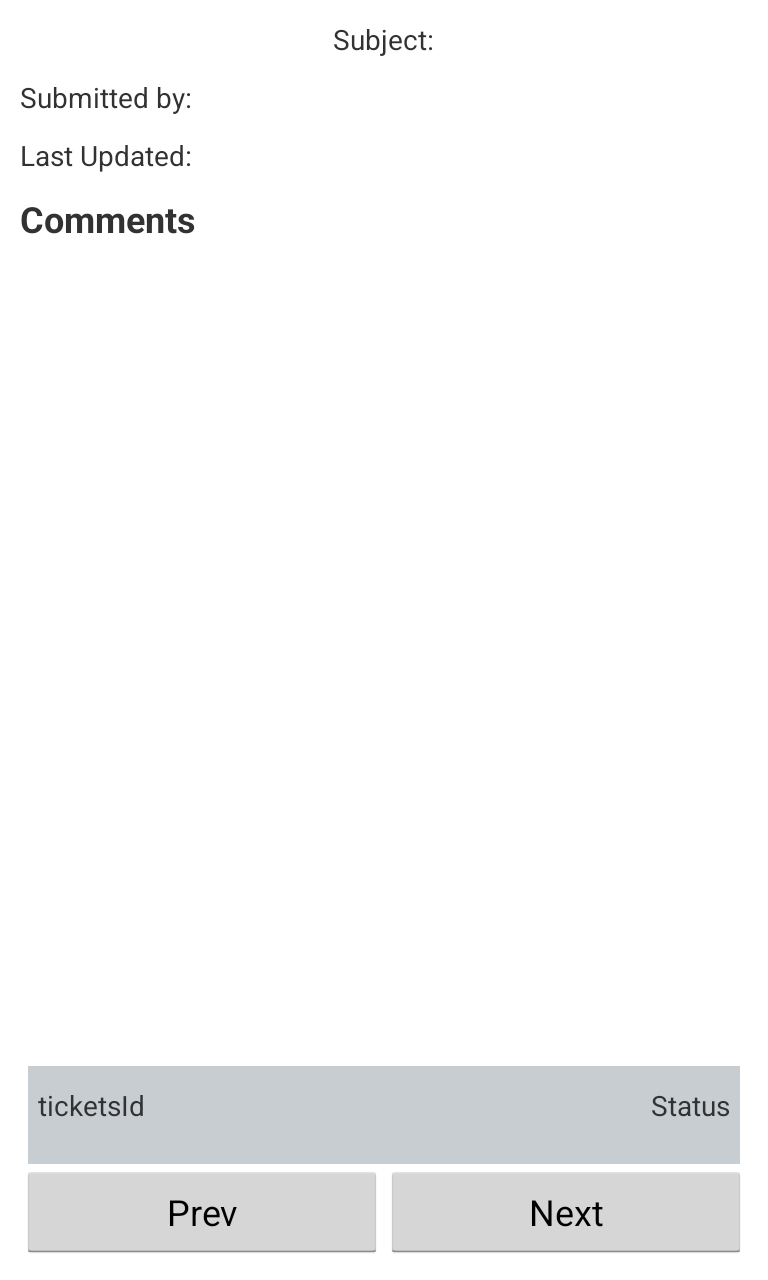
Repository: Pradeep-appstute/First
Layout: Control/res/layout/ticketdetails_view.xml
The author's editor kept a copy of each file at every save. The layout is drawn from the files as they stood at one save, then again after the next save.
It is drawn on a 768 x 1280 px phone screen (xhdpi) without system bars, with theme AppTheme; the app's code is not run. Lists and similar views that code fills are empty.

Above is the layout before, as saved 2014-02-28 10:20:37.

### Control/res/layout/ticketdetails_view.xml
<?xml version="1.0" encoding="utf-8"?>
<RelativeLayout xmlns:android="http://schemas.android.com/apk/res/android"
    android:layout_width="match_parent"
    android:layout_height="match_parent"
    android:padding="10dip"
    >

    <LinearLayout
        android:layout_width="match_parent"
        android:layout_height="match_parent"
        android:orientation="vertical"
         >

        <LinearLayout
            android:layout_width="match_parent"
            android:layout_height="wrap_content"
            android:layout_marginBottom="10dp"
            android:gravity="center_horizontal"
            android:orientation="horizontal" >

            <TextView
                android:layout_width="wrap_content"
                android:layout_height="wrap_content"
                android:text="@string/ticketdetails_subject" />

            <TextView
                android:id="@+id/textViewSubjectValue"
                android:layout_width="wrap_content"
                android:layout_height="wrap_content"
                android:text="" />
        </LinearLayout>

        <LinearLayout
            android:layout_width="match_parent"
            android:layout_height="wrap_content"
            android:layout_marginBottom="10dp"
            android:orientation="horizontal" >

            <TextView
                android:layout_width="wrap_content"
                android:layout_height="wrap_content"
                android:text="@string/ticketdetails_submittedby" />

            <TextView
                android:id="@+id/textViewSubmittedByValue"
                android:layout_width="wrap_content"
                android:layout_height="wrap_content"
                android:text="" />
        </LinearLayout>

        <LinearLayout
            android:layout_width="match_parent"
            android:layout_height="wrap_content"
            android:layout_marginBottom="10dp"
            android:orientation="horizontal" >

            <TextView
                android:layout_width="wrap_content"
                android:layout_height="wrap_content"
                android:text="@string/ticketdetails_lastupdated" />

            <TextView
                android:id="@+id/textViewLastUpdatedValue"
                android:layout_width="wrap_content"
                android:layout_height="wrap_content"
                android:text="" />
        </LinearLayout>

        <TextView
            android:layout_width="wrap_content"
            android:layout_height="wrap_content"
            android:text="@string/ticketdetails_comments"
            android:textSize="18dip"
            android:textStyle="bold" />

        <ListView
            android:id="@+id/listViewComment"
            android:layout_width="match_parent"
            android:layout_height="240dp" >
        </ListView>
    </LinearLayout>

    <RelativeLayout
        android:layout_width="fill_parent"
        android:layout_height="wrap_content"
        android:layout_above="@id/linbottombar"
        android:background="#4345"
        android:layout_marginLeft="4dp"
        android:layout_marginRight="4dp"
        android:paddingTop="10dp"
        android:paddingBottom="10dp"
        >

        <LinearLayout
            android:layout_width="wrap_content"
            android:layout_height="wrap_content"
            android:layout_marginBottom="10dp"
            android:layout_marginLeft="5dp"
            android:gravity="center_horizontal"
            android:orientation="horizontal"
            android:layout_alignParentLeft="true"
             >

            <TextView
                android:layout_width="wrap_content"
                android:layout_height="wrap_content"
                android:text="@string/ticketdetails_ticketsId" />

            <TextView
                android:id="@+id/textViewticketsIdValue"
                android:layout_width="wrap_content"
                android:layout_height="wrap_content"
                android:text="" />
        </LinearLayout>

        <LinearLayout
            android:layout_width="wrap_content"
            android:layout_height="wrap_content"
            android:layout_marginBottom="10dp"
            android:layout_marginRight="5dp"
            android:gravity="center_horizontal"
            android:orientation="horizontal"
            android:layout_alignParentRight="true"
            >

            <TextView
                android:layout_width="wrap_content"
                android:layout_height="wrap_content"
                android:text="@string/ticketdetails_status" />

            <TextView
                android:id="@+id/textViewStatusValue"
                android:layout_width="wrap_content"
                android:layout_height="wrap_content"
                android:text="" />
        </LinearLayout>
    </RelativeLayout>

    <LinearLayout
        android:id="@+id/linbottombar"
        android:layout_width="match_parent"
        android:layout_height="wrap_content"
        android:layout_alignParentBottom="true"
        android:layout_alignParentLeft="true"
        android:orientation="horizontal" >

        <Button
            android:layout_width="fill_parent"
            android:layout_height="wrap_content"
            android:layout_weight="1"
            android:text="@string/ticketdetails_prev" />

        <Button
            android:id="@+id/textViewSubmittedByValue"
            android:layout_width="fill_parent"
            android:layout_height="wrap_content"
            android:layout_weight="1"
            android:text="@string/ticketdetails_next" />
    </LinearLayout>

</RelativeLayout>

### Control/res/values/strings.xml
<?xml version="1.0" encoding="utf-8"?>
<resources>

    <string name="app_name">Control</string>
    <string name="action_settings">Settings</string>
    <string name="Login">Login</string>
    <string name="forgotusername">Forgot Username</string>
    <string name="forgotpassword">Forgot Password</string>

    <!-- AlertDialog -->
    <string name="ok">OK</string>
    <string name="yes">YES</string>
    <string name="no">NO</string>
    <!-- Slider Menu -->
    <string name="emptystring">Control</string>
    <string name="textViewListHeaderMSG">MASERGY</string>

    <!-- Submit Screen -->
    <string name="name">Name:</string>
    <string name="email">Email:</string>
    <string name="phone">Phone:</string>
    <string name="subject">Subject:</string>
    <string name="bundle">Bundle:</string>
    <string name="description">Description:</string>
    <string name="createticket">Create Tciket</string>

    <!-- Ticket Detail Screen -->
    <string name="ticketdetails_subject">Subject:</string>
    <string name="ticketdetails_submittedby">Submitted by:</string>
    <string name="ticketdetails_lastupdated">Last Updated:</string>
    <string name="ticketdetails_comments">Comments</string>
     <string name="ticketdetails_ticketsId">ticketsId</string>
      <string name="ticketdetails_status">Status</string>
    <string name="ticketdetails_next">Next</string>
    <string name="ticketdetails_prev">Prev</string>

</resources>

Loaded but not shown: Control/res/values/styles.xml (common file); Control/res/values-v11/styles.xml (common file); Control/res/values-v14/styles.xml (common file)

After the next save:
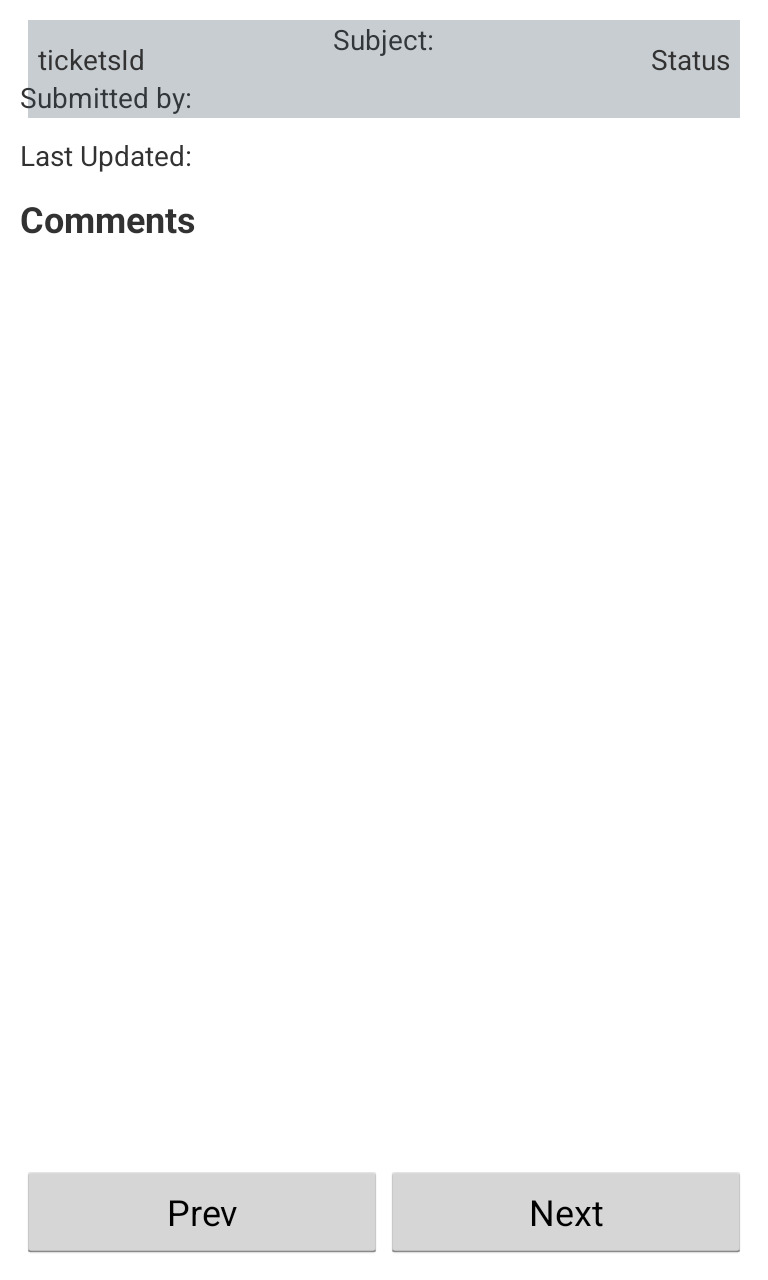
Saved 72 min 24 s later.
--- a/Control/res/layout/ticketdetails_view.xml
+++ b/Control/res/layout/ticketdetails_view.xml
@@ -83,7 +83,7 @@
     <RelativeLayout
         android:layout_width="fill_parent"
         android:layout_height="wrap_content"
-        android:layout_above="@id/linbottombar"
+
         android:background="#4345"
         android:layout_marginLeft="4dp"
         android:layout_marginRight="4dp"

After the save that followed:
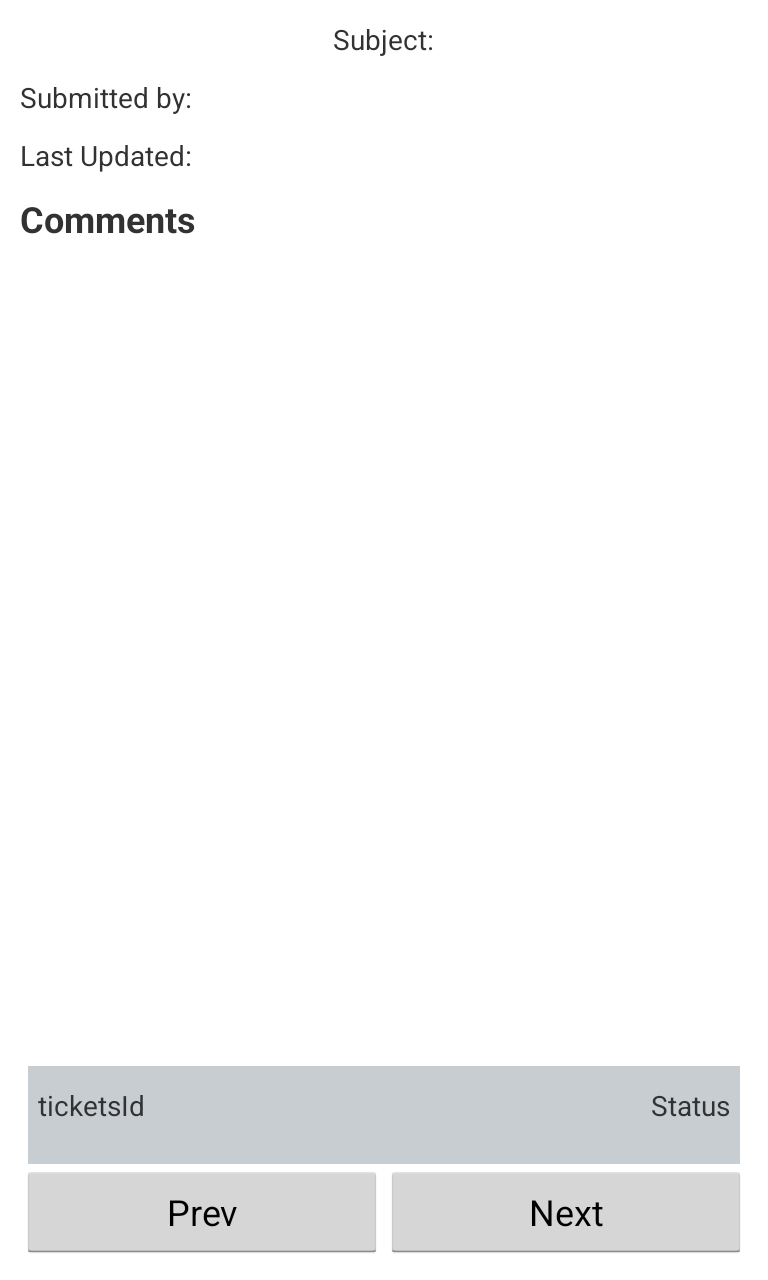
Saved 5 s later.
--- a/Control/res/layout/ticketdetails_view.xml
+++ b/Control/res/layout/ticketdetails_view.xml
@@ -83,7 +83,7 @@
     <RelativeLayout
         android:layout_width="fill_parent"
         android:layout_height="wrap_content"
-
+        android:layout_above="@id/linbottombar"
         android:background="#4345"
         android:layout_marginLeft="4dp"
         android:layout_marginRight="4dp"
